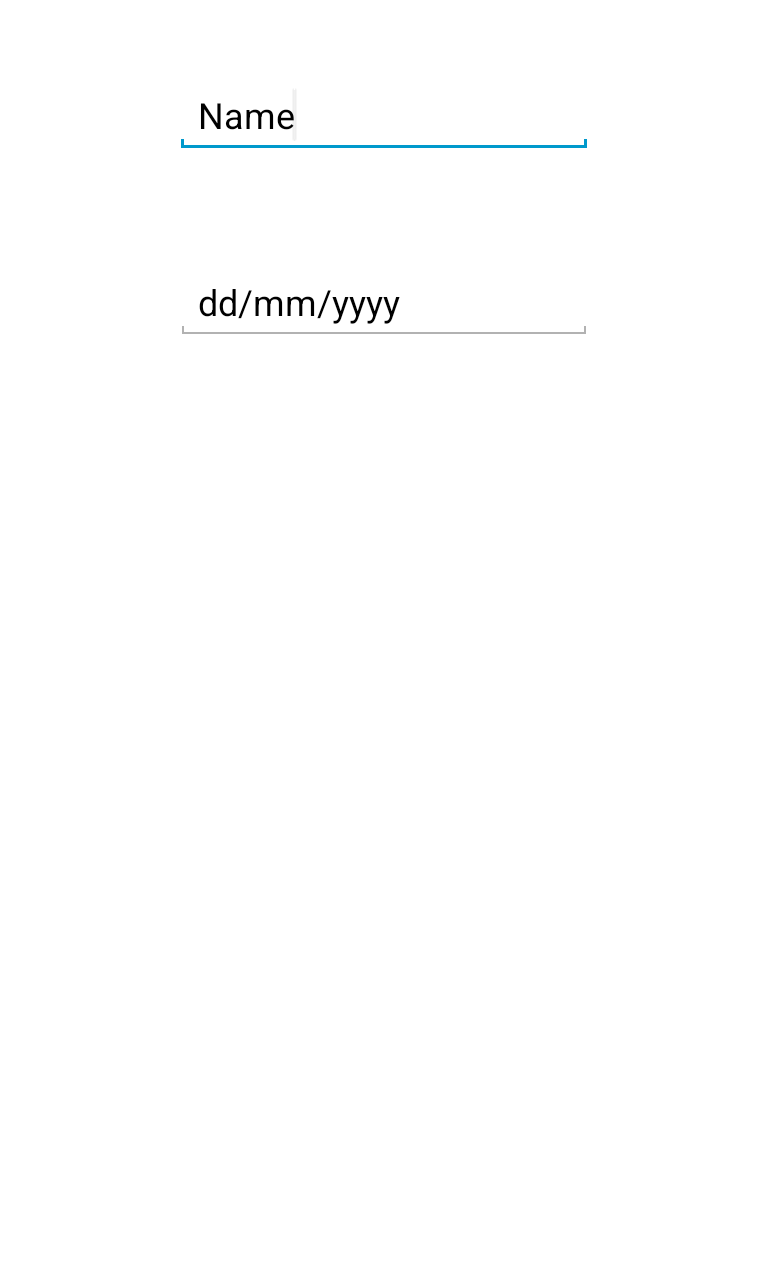
Repository: srikraj8341/srikanthrepo
Layout: android/MyFirstApp/res/layout/activity_display_message.xml
The author's editor kept a copy of each file at every save. The layout is drawn from the files as they stood at one save, then again after the next save.
It is drawn on a 768 x 1280 px phone screen (xhdpi) without system bars, with theme AppTheme; the app's code is not run.

Above is the layout before, as saved 2012-09-22 07:30:08.

After the next save:
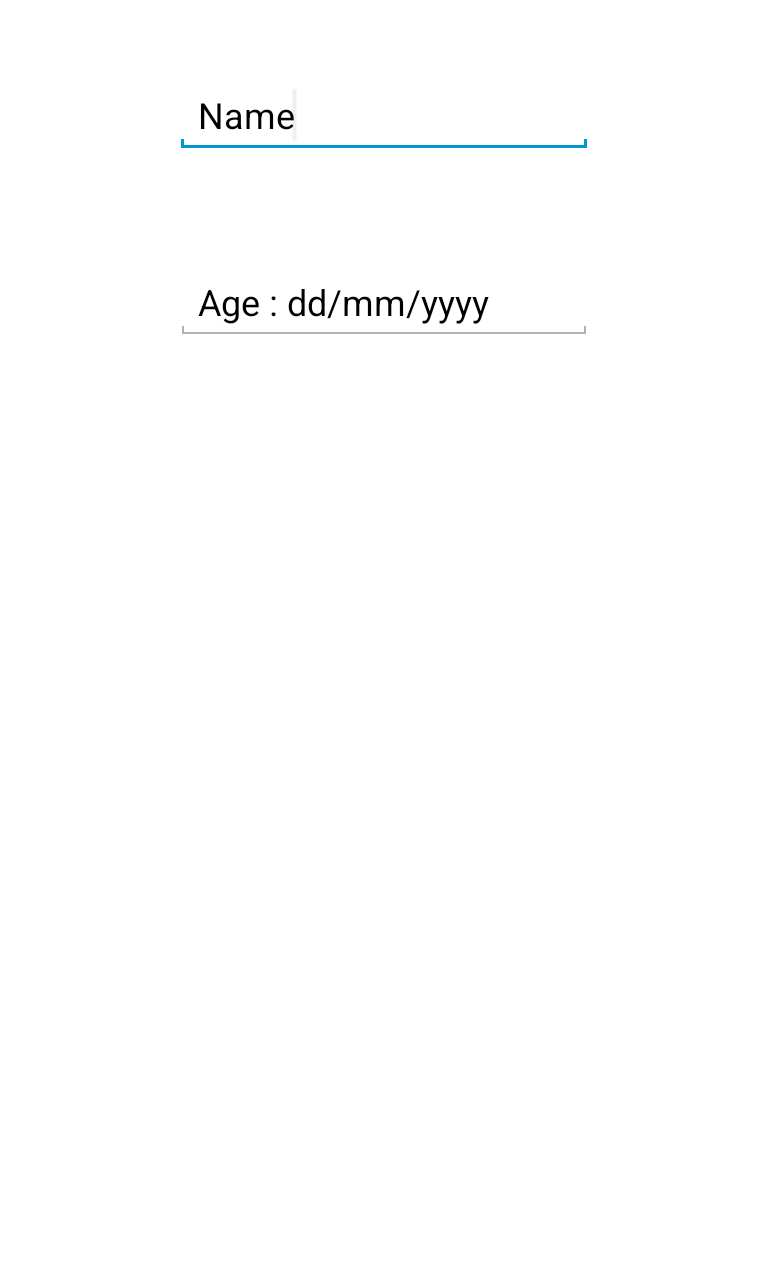
Saved 26 s later.
--- a/android/MyFirstApp/res/values/strings.xml
+++ b/android/MyFirstApp/res/values/strings.xml
@@ -14,7 +14,7 @@
 	<string name="Submit">Submit</string>
 	<string name="Passwordsymbol">........</string>
 	<string name="Name">Name</string>
-	<string name="Age">dd/mm/yyyy</string>
+	<string name="Age">Age : dd/mm/yyyy</string>
 
 
 
